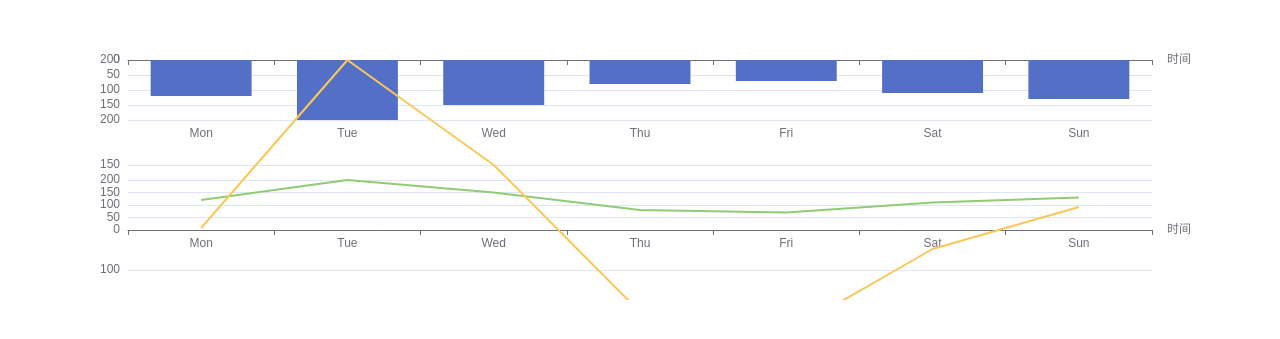
Repository: LeP-Ton/curve
Page: /
These files come from the project's save history. The page is drawn as it stood at one moment and after the next save; the edit follows.
The browser window is 1280 px wide. The pictures show the whole page.
The project was rebuilt for these pictures with package versions that can differ from the ones it lists, and the page was loaded fresh each time.

Above is the page before, as saved 2022-08-18 20:16:17.

### src/index.js
import React from "react";
import ReactDOM from "react-dom/client";
import "./index.css";
import Echart from "./Echart";
import reportWebVitals from "./reportWebVitals";

const root = ReactDOM.createRoot(document.getElementById("root"));
const option = {
  tooltip: {
    trigger: "axis",
    // formatter:function(params){
    //   console.log("---",params[0]);
    //   return(`${params[0].axisId}:${params[0].axisValue} ${params[0].seriesName}:${params[0].value}`)
    // }
  },
  xAxis: [
    {
      name: "时间",
      type: "category",
      data: ["Mon", "Tue", "Wed", "Thu", "Fri", "Sat", "Sun"],
    },
    {
      name: "时间",
      type: "category",
      data: ["Mon", "Tue", "Wed", "Thu", "Fri", "Sat", "Sun"],
      gridIndex: 1
    },
    {
      name: "时间",
      type: "category",
      data: ["Mon", "Tue", "Wed", "Thu", "Fri", "Sat", "Sun"],
      gridIndex: 2
    },
  ],
  yAxis: [
    {
      type: "value",
      inverse: true,
    },
    {
      gridIndex: 1
    },
    {
      gridIndex: 2
    }

  ],
  grid: [
    {
      bottom: '60%'
    },
    {
      top: '60%'
    },
    {
      bottom: '-60%'
    }
  ],
  series: [
    {
      name: "温度",
      data: [120, 200, 150, 80, 70, 110, 130],
      type: "bar",
    },
    {
      name: "宽度",
      type: "line",
      showSymbol: false,
      data: [120, 200, 150, 80, 70, 110, 130],
      xAxisIndex: 1,
      yAxisIndex: 1,
    },
    {
      name: "长度",
      type: "line",
      showSymbol: false,
      data: [120, 200, 150, 80, 70, 110, 130],
      xAxisIndex: 2,
      yAxisIndex: 2,
    }
  ],
};
root.render(
  <React.StrictMode>
    <Echart options={option} style={{ height: "300px" }} />
  </React.StrictMode>
);

// If you want to start measuring performance in your app, pass a function
// to log results (for example: reportWebVitals(console.log))
// or send to an analytics endpoint. Learn more: https://bit.ly/CRA-vitals
reportWebVitals();

### src/Echart.js
import React, {
  useEffect,
  useRef,
  useState
} from 'react';
import * as echarts from 'echarts';

const Echart = props => {
  const { options, style } = props;
  const chartRef = useRef();
  const [myChart, setMyChart] = useState(null);

  const resizeEcharts = () => {
    myChart.resize();
  };

  useEffect(() => {
    setMyChart(echarts.init(chartRef.current));
  }, []);

  useEffect(() => {
    if (myChart) {
      window.addEventListener('resize', resizeEcharts);
      return () => {
        window.removeEventListener('resize', resizeEcharts);
        myChart.dispose();
        setMyChart(null);
      };
    }
  }, [myChart]);

  useEffect(() => {
    myChart && myChart.setOption(options);
  }, [myChart, options]);

  return <div ref={chartRef} className="default-charts" style={style} />;
};

export default Echart;

Loaded but not shown: public/index.html (common file); src/index.css (common file); src/reportWebVitals.js (common file)

After the next save:
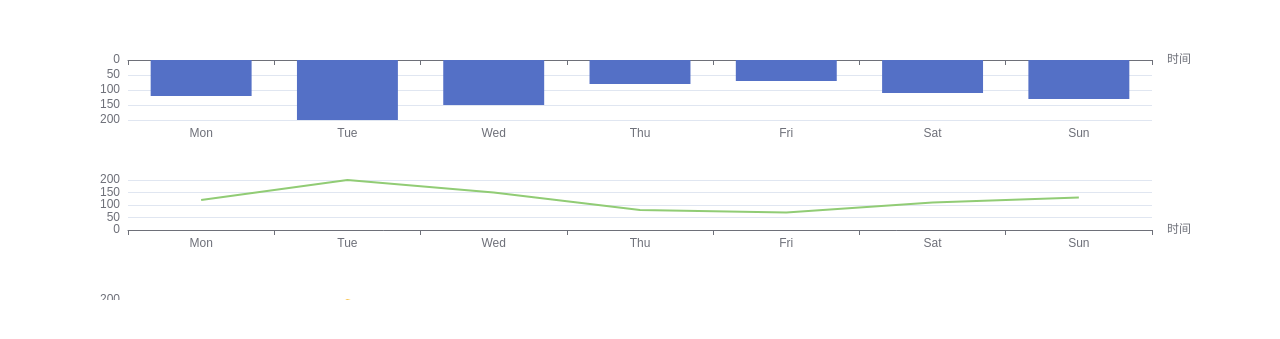
Saved 18 s later.
--- a/src/index.js
+++ b/src/index.js
@@ -53,6 +53,7 @@ const option = {
       top: '60%'
     },
     {
+      top: '100%',
       bottom: '-60%'
     }
   ],
